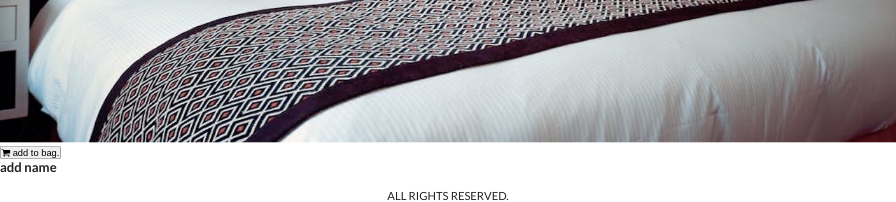
Repository: CHIR4G7/PEC-D
Page: public/index.html
These files come from the project's save history. The page is drawn as it stood at one moment and after the next save; the edit follows.
The browser window is 1280 px wide. The pictures show the part of the page from y = 605 to 2525 px (the page is 894 px tall before and 5490 px after), at 70% of full size.

Above is the page before, as saved 2023-07-08 01:00:24.

### public/index.html
<!DOCTYPE html>
<html lang="en">

<head>
    <meta charset="UTF-8">
    <meta http-equiv="X-UA-Compatible" content="IE=edge">
    <meta name="viewport" content="width=device-width, initial-scale=1.0">
    <title>PEC-D</title>
    <link rel="stylesheet" href="https://cdnjs.cloudflare.com/ajax/libs/font-awesome/4.7.0/css/font-awesome.min.css">
    <link rel="stylesheet" href="css/style.css">
</head>

<body>
    <!-- navabr -->
    <nav class="navbar">
        <div class="navbar-center">
            <span class="nav-icon">
                <i class="fa fa-bars"></i>
            </span>
            <!-- <img src="/images/logo.svg" alt="logo" class="sr"> -->
            <h3 class="logo-name">PEC-D</h3>
            <div class="cart-btn">
                <span class="nav-icon">
                    <i class="fa fa-cart-plus"></i>
                </span>
                <div class="cart-items">0</div>
            </div>
        </div>
    </nav>
    <!-- end of navbar -->

    <!-- hero -->
    <!-- <header class="hero">
        <div class="banner">
            <h1 class="banner-title">FURNITURE COLLECTION</h1>
            <button class="banner-btn">SHOW NOW</button>
        </div>
    </header> -->
    <!-- end of hero -->

    <!-- products -->
    <div class="products">
         <div class="section-title">
            <h2>OUR PRODUCTS</h2>
        </div>
        <div class="body1">
            <div class="content">
                <ul class="content-inner">
                    <li class="card">
                        <article class="product">
                            <div class="img-container">
                                <img src="/images/product-1.jpeg" alt="product" class="product-img">
                                <button class="bag-btn" data-id="1">
                                    <i class="fa fa-shopping-cart"></i>
                                    add to bag.
                                </button>
                            </div>
                            <h3>add name</h3>

                        </article>
                    </li>
                </ul>
            </div>
        </div>
        <div class="products-center">
            <!-- single product -->

            <!-- PRODCUT DETIALS -->
            <!-- <article class="product">
                <div class="img-container">
                    <img src="/images/product-1.jpeg" alt="product" class="product-img">
                    <button class="bag-btn" data-id="1">
                        <i class="fa fa-shopping-cart"></i>
                        add to bag.
                    </button>
                </div>
                <h3>add name</h3>

            </article> -->
            <!-- THIS IS END OF PRODUCT DETIALS -->

            <!-- PRODCUT DETIALS -->
            <!-- <article class="product">
                <div class="img-container">
                    <img src="/images/product-8.jpeg" alt="product" class="product-img">
                    <button class="bag-btn" data-id="1">
                        <i class="fa fa-shopping-cart"></i>
                        add to bag.
                    </button>
                </div>
                <h3>TABLE</h3>
                <h4>$11.99</h4>
            </article> -->
            <!-- THIS IS END OF PRODUCT DETIALS -->

            <!-- PRODCUT DETIALS -->
            <!-- <article class="product">
                <div class="img-container">
                    <img src="/images/product-7.jpeg" alt="product" class="product-img">
                    <button class="bag-btn" data-id="1">
                        <i class="fa fa-shopping-cart"></i>
                        add to bag.
                    </button>
                </div>
                <h3>COUCH</h3>
                <h4>$42.99</h4>
            </article> -->
            <!-- THIS IS END OF PRODUCT DETIALS -->

            <!-- PRODCUT DETIALS -->
            <!-- <article class="product">
                <div class="img-container">
                    <img src="/images/product-2.jpeg" alt="product" class="product-img">
                    <button class="bag-btn" data-id="1">
                        <i class="fa fa-shopping-cart"></i>
                        add to bag.
                    </button>
                </div>
                <h3>KING PANEL BED</h3>
                <h4>$12.99</h4>
            </article> -->
            <!-- THIS IS END OF PRODUCT DETIALS -->

            <!-- PRODCUT DETIALS -->
            <!-- <article class="product">
                <div class="img-container">
                    <img src="/images/product-5.jpeg" alt="product" class="product-img">
                    <button class="bag-btn" data-id="1">
                        <i class="fa fa-shopping-cart"></i>
                        add to bag.
                    </button>
                </div>
                <h3>FRIDGE</h3>
                <h4>$34.99</h4>
            </article> -->
            <!-- THIS IS END OF PRODUCT DETIALS -->

            <!-- PRODCUT DETIALS -->
            <!-- <article class="product">
                <div class="img-container">
                    <img src="/images/product-6.jpeg" alt="product" class="product-img">
                    <button class="bag-btn" data-id="1">
                        <i class="fa fa-shopping-cart"></i>
                        add to bag.
                    </button>
                </div>
                <h3>DRESSER</h3>
                <h4>$22.99</h4>
            </article> -->
            <!-- THIS IS END OF PRODUCT DETIALS -->

            <!-- PRODCUT DETIALS -->
            <!-- <article class="product">
                <div class="img-container">
                    <img src="/images/product-3.jpeg" alt="product" class="product-img">
                    <button class="bag-btn" data-id="1">
                        <i class="fa fa-shopping-cart"></i>
                        add to bag.
                    </button>
                </div>
                <h3>TWIN PANEL BED</h3>
                <h4>$17.99</h4>
            </article> -->
            <!-- THIS IS END OF PRODUCT DETIALS -->

            <!-- PRODCUT DETIALS -->
            <!-- <article class="product">
                <div class="img-container">
                    <img src="/images/product-4.jpeg" alt="product" class="product-img">
                    <button class="bag-btn" data-id="1">
                        <i class="fa fa-shopping-cart"></i>
                        add to bag.
                    </button>
                </div>
                <h3>SINGLE PANEL BED</h3>
                <h4>$23.99</h4>
            </article> -->
            <!-- THIS IS END OF PRODUCT DETIALS -->
        </div>
    </div>
    <!-- end of products -->




    <!-- CART BEGINS -->
    <div class="cart-overlay">
        <div class="cart">
            <span class="close-cart">
                <i class="fa fa-window-close"></i>
            </span>
            <h2>YOUR CART</h2>
            <div class="cart-content">
                <!-- cart item -->
                <div class="cart-item">
                    <!-- <img src="/images/product-1.jpeg" alt="product">
                    <div>
                        <h4>QUEEN BED</h4>
                        <h5>$9.00</h5>
                        <span class="remove-item">Remove</span>
                    </div>
                    <div>
                        <i class="fa fa-chevron-up"></i>
                        <p class="item-amount">0</p>
                        <i class="fa fa-chevron-down"></i>
                    </div> -->
                </div>
                <!-- end of cart item -->

            </div>

            <div class="cart-footer">
                <h3>YOUR TOTAL : $ <span class="cart-total"></span></h3>
                <button class="clear-cart banner-btn">CLEAR CART</button>
            </div>

        </div>
    </div>
    <!-- CART ENDS -->
    <!-- FOOOTER -->
    <div class="footer">
        ALL RIGHTS RESERVED.
    </div>
    <!-- END OF THE FOOTER -->

    <!-- <script src="src/script.js"></script> -->
</body>

</html>

### public/css/style.css
@import url("https://fonts.googleapis.com/css?family=Lato:400,700");


/* creating variables */
:root {
    --primaryColor: #f09d51;
    --mainWhite: #fff;
    --mainBlack: #222;
    --mainGrey: #ececec;
    --mainSpacing: 0.1rem;
    --mainTransition: all 0.3s linear;
}

/* resetting elements */
* {
    margin: 0;
    padding: 0;
    box-sizing: border-box;
}


body {
    color: var(--mainBlack);
    background: var(--mainWhite);
    font-family: "Lato", sans-serif;
}


/* navbar */
.navbar {
    position: sticky;
    top: 0;
    height: 60px;
    width: 100%;
    display: flex;
    align-items: center;
    background: #f2e6ff;
    z-index: 1;
}

.logo-name
{
    color: black;
}

.navbar-center {
    width: 100%;
    max-width: 1170px;
    margin: 0 auto;
    display: flex;
    align-items: center;
    justify-content: space-between;
    padding: 0 1.5rem;
}

.nav-icon {
    font-size: 1.5rem;
}

.cart-btn {
    position: relative;
    cursor: pointer;
}

.cart-items {
    position: absolute;
    top: -8px;
    right: -8px;
    background: var(--primaryColor);
    padding: 0 5px;
    border-radius: 30%;
    color: var(--mainWhite);
}

/* hero */
.hero {
    min-height: calc(100vh - 60px);
    background: url("./images/bg-3.jpg") center/cover no-repeat;
    display: flex;
    align-items: center;
    justify-content: center;
  }
  .banner {
    text-align: center;
    background: #f2e6ff;
    display: inline-block;
    padding: 2rem;
  }
  .banner-title {
    font-size: 3.4rem;
    text-transform: uppercase;
    letter-spacing: var(--mainSpacing);
    margin-bottom: 3rem;
  }
  .banner-btn {
    padding: 1rem 3rem;
    text-transform: uppercase;
    letter-spacing: var(--mainSpacing);
    font-size: 1rem;
    background: #9999FF;
    color: var(--mainBlack);
    border: 1px solid var(--primaryColor);
    transition: var(--mainTransition);
    cursor: pointer;
  }
  .banner-btn:hover {
    background: transparent;
    color: var(--primaryColor);
  }


  /* products */
  /* .products {
    padding: 4rem 0;
    border: 2px solid red;
  }
  .section-title h2 {
    text-align: center;
    font-size: 2.5rem;
    margin-bottom: 5rem;
    text-transform: capitalize;
    letter-spacing: var(--mainSpacing);
  }
  .products-center {
    width: 90vw;
    margin: 0 auto;
    max-width: 1170px;
    display: grid;
    grid-template-columns: repeat(auto-fit, minmax(260px, 1fr));
    grid-column-gap: 1.5rem;
    grid-row-gap: 2rem;
  }
  .img-container {
    position: relative;
    overflow: hidden;
  }
  .bag-btn {
    position: absolute;
    top: 70%;
    right: 0;
    background: var(--primaryColor);
    border: none;
    text-transform: uppercase;
    padding: 0.5rem 0.75rem;
    letter-spacing: var(--mainSpacing);
    font-weight: bold;
    transition: var(--mainTransition);
    transform: translateX(101%);
    cursor: pointer;
  }
  .bag-btn:hover {
    color: var(--mainWhite);
  }
  .fa-shopping-cart {
    margin-right: 0.5rem;
  }
  .img-container:hover .bag-btn {
    transform: translateX(0);
  }
  .product-img {
    display: block;
    width: 100%;
    min-height: 12rem;
    transition: var(--mainTransition);
  }
  .img-container:hover .product-img {
    opacity: 0.5;
  }

  .product
  {
    border: 2px solid blue;
  }

  .product h3 {
    text-transform: capitalize;
    font-size: 1.1rem;
    margin-top: 1rem;
    letter-spacing: var(--mainSpacing);
    text-align: center;
  }

  .product h4 {
    margin-top: 0.7rem;
    letter-spacing: var(--mainSpacing);
    color: var(--primaryColor);
    text-align: center;
  }
   */

  /* cart */
  .cart-overlay {
    position: fixed;
    top: 0;
    right: 0;
    width: 100%;
    height: 100%;
    transition: var(--mainTransition);
    background: rgb(240, 157, 81, 0.5);
    z-index: 2;
    visibility: hidden;
  }
  .cart {
    position: fixed;
    top: 0;
    right: 0;
    width: 100%;
    height: 100%;
    overflow: scroll;
    z-index: 3;
    background: rgb(231, 226, 221);
    padding: 1.5rem;
    transition: var(--mainTransition);
    transform: translateX(100%);
  }
  .showCart {
    transform: translateX(0);
  }
  .transparentBcg {
    visibility: visible;
  }
  @media screen and (min-width: 768px) {
    .cart {
      width: 30vw;
      min-width: 450px;
    }
  }

  .close-cart {
    font-size: 1.7rem;
    cursor: pointer;
  }
  .cart h2 {
    text-transform: capitalize;
    text-align: center;
    letter-spacing: var(--mainSpacing);
    margin-bottom: 2rem;
  }
  /*---------- Cart Item -------------------- */
  .cart-item {
    display: grid;
    align-items: center;
    grid-template-columns: auto 1fr auto;
    grid-column-gap: 1.5rem;
    margin: 1.5rem 0;
  }
  .cart-item img {
    width: 75px;
    height: 75px;
  }
  .cart-item h4 {
    font-size: 0.85rem;
    text-transform: capitalize;
    letter-spacing: var(--mainSpacing);
  }
  .cart-item h5 {
    margin: 0.5rem 0;
    letter-spacing: var(--mainSpacing);
  }
  .item-amount {
    text-align: center;
  }
  .remove-item {
    color: black;
    cursor: pointer;
  }
  .fa-chevron-up,
  .fa-chevron-down {
    color: var(--primaryColor);
    cursor: pointer;
  }
  /*---------- End of Cart Item -------------------- */

  .cart-footer {
    margin-top: 2rem;
    letter-spacing: var(--mainSpacing);
    text-align: center;
  }
  .cart-footer h3 {
    text-transform: capitalize;
    margin-bottom: 1rem;
  }


  /* FOOTER */
  .footer
  {
    position: relative;
    text-align: center;
    top: 20px;
  }

### public/src/script.js


const productsDOM = document.querySelector('.products-center');

let shoparray = [];//ISME SAAARI KI SAARI DETAILS PADI HAIN PRODUCT K

class Shops{

    async getProducts() {
        try {
            let result = await fetch('./shops.json');
            let data = await result.json();

            //destructuring
            const shopsArray = data.shops.map(shop => ({ id: shop.id, name: shop.sname, image: shop.image}));

            return shopsArray;
        }
        catch (error) {
            console.log("r");
        }
    }

};

class display
{
    displayShops(shops)
    {
        let result = '';
       shops.forEach((shop)=>
       {
        console.log(shop.id);
        result+=` <article class="product">
        <div class="img-container">
            <img src="/images/product-1.jpeg" alt="product" class="product-img">
            <button class="bag-btn" data-id="1">

                VISIT
            </button>
        </div>
        <h3>${shop.name}</h3>

    </article>`;
       })
    productsDOM.innerHTML = result;
    }
};





//displaying the products

function displayProducts(shoparray)
{
    let result = '';
    shoparray.forEach(product => {
        // result += `      <article class="product">
        // <div class="img-container">
        //     <img src="/images/product-1.jpeg" alt="product" class="product-img">
        //     <button class="bag-btn" data-id=${product.id}>
        //         <i class="fa fa-shopping-cart"></i>
        //         add to bag.
        //     </button>
        // </div>
        // <h3>${product.name}</h3>`;
        console.log(product);
    })
    productsDOM.innerHTML = result;
}


    // console.log(shoparray);

    // till here
    document.addEventListener("DOMContentLoaded", () => {
        //when dom loads get the product info stored in an array SHOPSARRAY
        // (async function () {
        //     try {
        //         const shopsarray = await getProducts();
        //         shopsarray.forEach((e) => {
        //             shoparray.push(e);
        //         })
        //     }
        //     catch (error) {
        //         console.log(error);
        //     }
        // })();
        // console.log(shoparray);
        // displayProducts(shoparray);
        const shops = new Shops();
        const displaying = new display();

        shops.getProducts().then(products=>
            {
                displaying.displayShops(products);
            })

    })

### public/shops.json
{
    "shops" :
    [
        {
            "id" : 1,
            "sname" : "DeshRaj Sweets",
            "image" : "public/images/product-1.jpeg"
        },
        {
            "id" : 2,
            "sname" : "Anna",
            "image" : "public/images/product-1.jpeg"
        },
        {
            "id" : 3,
            "sname" : "Combo",
            "image" : "public/images/product-1.jpeg"
        },
        {
            "id" : 4,
            "sname" : "Forks and Knives",
            "image" : "public/images/product-1.jpeg"
        },
        {
            "id" : 5,
            "sname" : "Pandit",
            "image" : "public/images/product-1.jpeg"
        },
        {
            "id" : 6,
            "sname" : "Yankess",
            "image" : "public/images/product-1.jpeg"
        }
    ]
}

After the next save:
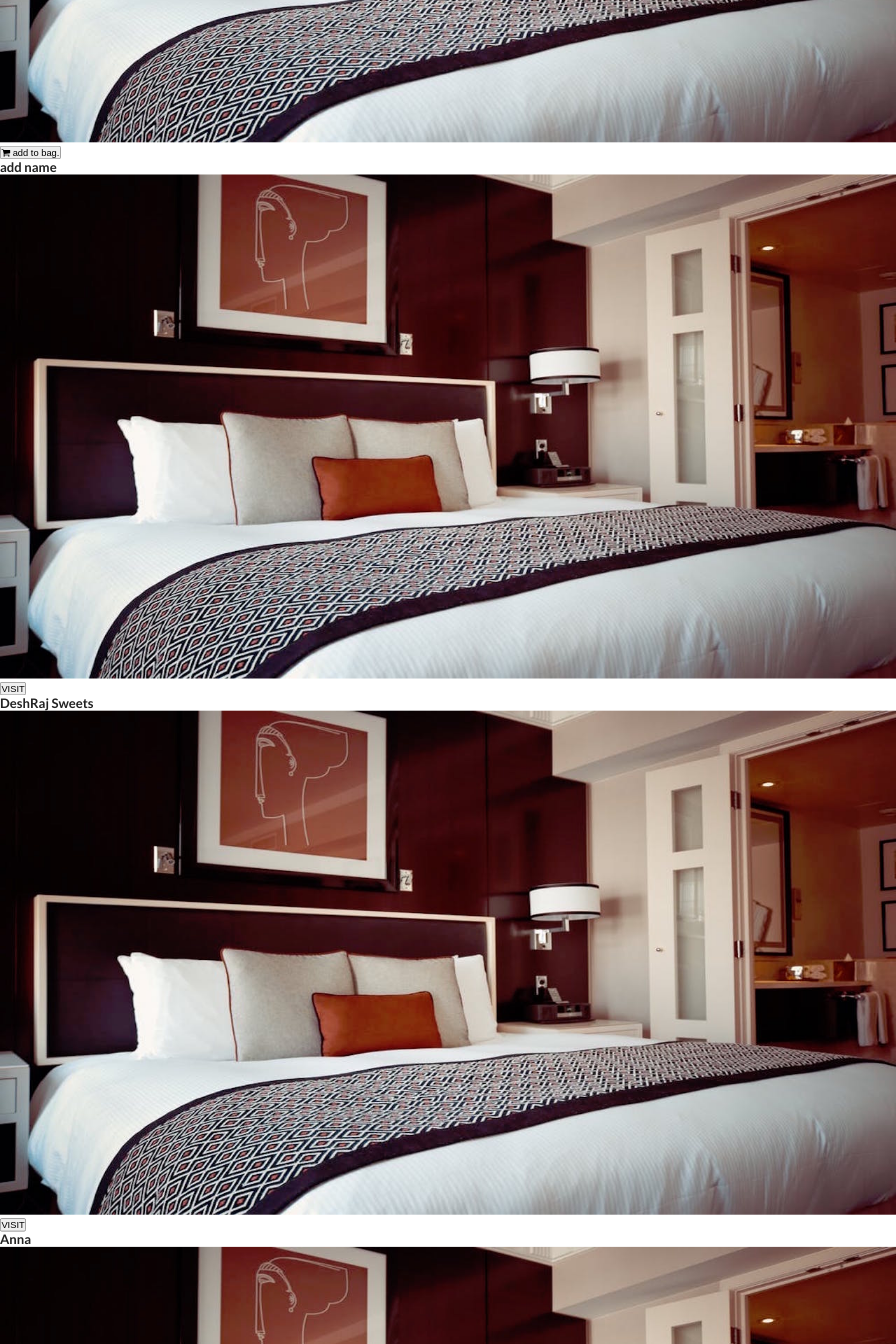
Saved 23 s later.
--- a/public/index.html
+++ b/public/index.html
@@ -223,7 +223,7 @@
     </div>
     <!-- END OF THE FOOTER -->
 
-    <!-- <script src="src/script.js"></script> -->
+    <script src="src/script.js"></script>
 </body>
 
 </html>

After the save that followed:
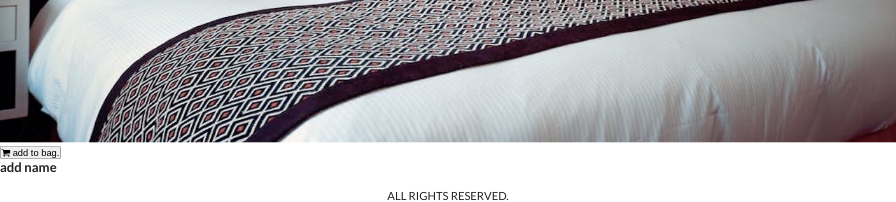
Saved 23 s later.
--- a/public/index.html
+++ b/public/index.html
@@ -223,7 +223,7 @@
     </div>
     <!-- END OF THE FOOTER -->
 
-    <script src="src/script.js"></script>
+    <!-- <script src="src/script.js"></script> -->
 </body>
 
 </html>
